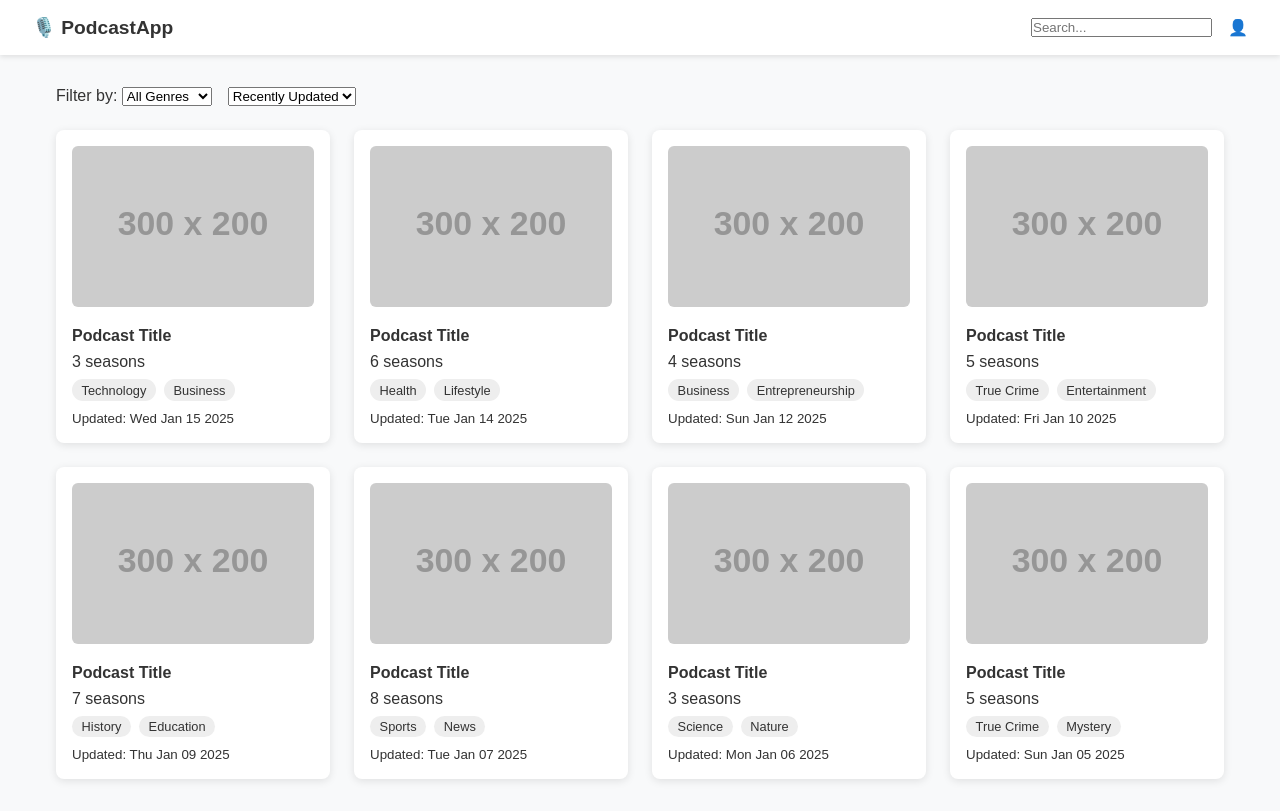
Repository: andajonas/ANDJON25111_fto2505_A_Anda-Jonas_DJS01
Page: index.html
The author's editor kept a copy of each file at every save. The page is drawn from the files as they stood at one save, then again after the next save.
The browser window is 1280 px wide. The pictures show the whole page.

Above is the page before, as saved 2025-09-03 18:21:13.

### index.html
<!DOCTYPE html>
<html lang="en">
<head>
  <meta charset="UTF-8">
  <title>PodcastApp</title>
  <link rel="stylesheet" href="styles.css">
</head>
<body>
  <header class="navbar">
    <div class="logo">🎙️ PodcastApp</div>
    <div class="search-profile">
      <input type="text" placeholder="Search...">
      <div class="profile">👤</div>
    </div>
  </header>

  <main class="container">
    <!-- Filters -->
    <div class="filters">
      <label>Filter by:
        <select id="genreFilter">
          <option value="all">All Genres</option>
          <option value="Technology">Technology</option>
          <option value="Business">Business</option>
          <option value="Comedy">Comedy</option>
          <option value="History">History</option>
        </select>
      </label>
      <select id="sortFilter">
        <option value="recent">Recently Updated</option>
        <option value="seasons">Most Seasons</option>
      </select>
    </div>

    <!-- Podcast Grid -->
    <div id="podcastGrid" class="grid"></div>
  </main>

  <!-- Modal -->
  <div id="podcastModal" class="modal hidden">
    <div class="modal-content">
      <span class="close">&times;</span>
      <div id="modalBody"></div>
    </div>
  </div>

  <script src="app.js"></script>
</body>
</html>

### styles.css
* {
    box-sizing: border-box;
    margin: 0;
    padding: 0;
    font-family: Arial, sans-serif;
  }

  body {
    background: #f8f9fa;
    color: #333;
  }

  .navbar {
    display: flex;
    justify-content: space-between;
    align-items: center;
    padding: 1rem 2rem;
    background: white;
    box-shadow: 0 2px 5px rgba(0,0,0,0.1);
  }

  .logo {
    font-weight: bold;
    font-size: 1.2rem;
  }

  .search-profile {
    display: flex;
    align-items: center;
    gap: 1rem;
  }

  .container {
    max-width: 1200px;
    margin: 2rem auto;
    padding: 0 1rem;
  }

  .filters {
    display: flex;
    gap: 1rem;
    margin-bottom: 1.5rem;
  }

  .grid {
    display: grid;
    grid-template-columns: repeat(auto-fill, minmax(250px, 1fr));
    gap: 1.5rem;
  }

  .card {
    background: white;
    padding: 1rem;
    border-radius: 8px;
    box-shadow: 0 2px 8px rgba(0,0,0,0.1);
    cursor: pointer;
    transition: transform 0.2s ease;
  }
  .card:hover {
    transform: translateY(-5px);
  }

  .card img {
    width: 100%;
    border-radius: 6px;
    margin-bottom: 1rem;
  }

  .card .title {
    font-weight: bold;
    margin-bottom: 0.5rem;
  }

  .tags {
    display: flex;
    gap: 0.5rem;
    flex-wrap: wrap;
    margin: 0.5rem 0;
  }

  .tag {
    background: #eee;
    padding: 0.2rem 0.6rem;
    border-radius: 12px;
    font-size: 0.8rem;
  }

  /* Modal */
  .modal {
    position: fixed;
    top: 0;
    left: 0;
    width: 100%;
    height: 100%;
    background: rgba(0,0,0,0.6);
    display: flex;
    justify-content: center;
    align-items: center;
    z-index: 1000;
  }

  .modal.hidden {
    display: none;
  }

  .modal-content {
    background: white;
    width: 600px;
    max-width: 95%;
    padding: 2rem;
    border-radius: 10px;
    position: relative;
  }

  .modal-content img {
    width: 200px;
    margin-bottom: 1rem;
  }

  .close {
    position: absolute;
    right: 1rem;
    top: 1rem;
    font-size: 1.5rem;
    cursor: pointer;
  }
  /* Modal Layout */
.modal-content {
    background: white;
    width: 700px;
    max-width: 95%;
    padding: 2rem;
    border-radius: 12px;
    position: relative;
    max-height: 90vh;
    overflow-y: auto;
  }

  .modal-header {
    display: flex;
    gap: 1.5rem;
    margin-bottom: 1.5rem;
  }

  .modal-header img {
    width: 180px;
    height: 180px;
    border-radius: 8px;
    object-fit: cover;
  }

  .modal-details h2 {
    margin-bottom: 0.8rem;
  }

  .modal-details p {
    margin-bottom: 1rem;
    line-height: 1.5;
  }

  .modal-details .tags {
    margin: 0.5rem 0 1rem 0;
  }

  .updated {
    display: flex;
    align-items: center;
    gap: 0.5rem;
    font-size: 0.9rem;
    color: #555;
  }

  /* Seasons list */
  .seasons {
    margin-top: 2rem;
  }

  .season-item {
    border: 1px solid #ddd;
    border-radius: 8px;
    padding: 1rem;
    margin-bottom: 1rem;
    display: flex;
    justify-content: space-between;
    align-items: center;
  }

  .season-info {
    flex: 1;
  }

  .season-info h4 {
    margin-bottom: 0.4rem;
  }

  .season-episodes {
    font-size: 0.9rem;
    color: #666;
  }

### app.js
const podcasts = [
    {
      title: "Podcast Title",
      seasons: 3,
      genres: ["Technology", "Business"],
      updated: "2025-01-15",
      cover: "https://via.placeholder.com/300x200",
      description: "Join us every week as we dive into the latest technology trends, innovations, and industry insights. From artificial intelligence and machine learning to startup culture and digital transformation, we explore the forces shaping our digital future. Each episode features expert interviews, case studies, and actionable insights for professionals and enthusiasts alike.",
      seasonList: [
        { name: "Season 1: Getting Started", desc: "Introduction to the fundamentals", episodes: 12 },
        { name: "Season 2: Advanced Topics", desc: "Deep dives into complex subjects", episodes: 15 },
        { name: "Season 1: Industry Insights", desc: "Expert perspectives and case studies", episodes: 18 },
        { name: "Season 1: Future Trends", desc: "What's coming next in tech", episodes: 20 },
      ]
    },
    {
      title: "Podcast Title",
      seasons: 5,
      genres: ["True Crime", "Entertainment"],
      updated: "2025-01-10",
      cover: "https://via.placeholder.com/300x200",
      description: "Laugh with comedians from around the world.",
      seasonList: [
        { name: "Season 1: Fun Times", desc: "Best jokes", episodes: 10 },
        { name: "Season 2: More Laughs", desc: "Comedy specials", episodes: 8 }
      ]
    },
    {
      title: "Podcast Title",
      seasons: 4,
      genres: ["Business", "Entrepreneurship"],
      updated: "2025-01-12",
      cover: "https://via.placeholder.com/300x200",
      description: "Interviews and insights from successful entrepreneurs.",
      seasonList: [
        { name: "Season 1: Startups", desc: "New ventures", episodes: 14 },
        { name: "Season 2: Scaling", desc: "Growth strategies", episodes: 16 }
      ]
    },
    {
      title: "Podcast Title",
      seasons: 5,
      genres: ["True Crime", "Mystery"],
      updated: "2025-01-05",
      cover: "https://via.placeholder.com/300x200",
      description: "Unsolved mysteries and chilling true crime stories.",
      seasonList: [
        { name: "Season 1: Cold Cases", desc: "Unresolved crimes", episodes: 12 },
        { name: "Season 2: Criminal Minds", desc: "Profiles and stories", episodes: 13 }
      ]
    },
    {
      title: "Podcast Title",
      seasons: 6,
      genres: ["Health", "Lifestyle"],
      updated: "2025-01-14",
      cover: "https://via.placeholder.com/300x200",
      description: "Tips and discussions on wellness, fitness, and healthy eating.",
      seasonList: [
        { name: "Season 1: Nutrition", desc: "Eating right", episodes: 10 },
        { name: "Season 2: Fitness", desc: "Exercise routines", episodes: 12 }
      ]
    },
    {
      title:"Podcast Title",
      seasons: 7,
      genres: ["History", "Education"],
      updated: "2025-01-09",
      cover: "https://via.placeholder.com/300x200",
      description: "Exploring fascinating stories from history.",
      seasonList: [
        { name: "Season 1: Ancient Times", desc: "Civilizations", episodes: 11 },
        { name: "Season 2: Modern History", desc: "World events", episodes: 14 }
      ]
    },
    {
      title: "Podcast Title",
      seasons: 8,
      genres: ["Sports", "News"],
      updated: "2025-01-07",
      cover: "https://via.placeholder.com/300x200",
      description: "Weekly sports analysis, interviews, and news updates.",
      seasonList: [
        { name: "Season 1: Football", desc: "Game highlights", episodes: 20 },
        { name: "Season 2: Global Sports", desc: "Around the world", episodes: 18 }
      ]
    },
    {
      title: "Podcast Title",
      seasons: 3,
      genres: ["Science", "Nature"],
      updated: "2025-01-06",
      cover: "https://via.placeholder.com/300x200",
      description: "Conversations about the environment, animals, and natural wonders.",
      seasonList: [
        { name: "Season 1: Wildlife", desc: "Animal world", episodes: 12 },
        { name: "Season 2: Oceans", desc: "Life underwater", episodes: 10 }
      ]
    }
  ];

  // Elements
  const grid = document.getElementById("podcastGrid");
  const modal = document.getElementById("podcastModal");
  const modalBody = document.getElementById("modalBody");
  const closeBtn = document.querySelector(".close");
  const genreFilter = document.getElementById("genreFilter");
  const sortFilter = document.getElementById("sortFilter");

  // Render podcast cards
  function renderGrid(list) {
    grid.innerHTML = "";
    list.forEach(p => {
      const card = document.createElement("div");
      card.className = "card";
      card.innerHTML = `
        <img src="${p.cover}" alt="cover">
        <div class="title">${p.title}</div>
        <div>${p.seasons} seasons</div>
        <div class="tags">${p.genres.map(g => `<span class="tag">${g}</span>`).join("")}</div>
        <small>Updated: ${new Date(p.updated).toDateString()}</small>
      `;
      card.onclick = () => openModal(p);
      grid.appendChild(card);
    });
  }

  function openModal(p) {
    modal.classList.remove("hidden");
    modalBody.innerHTML = `
      <div class="modal-header">
        <img src="${p.cover}" alt="cover">
        <div class="modal-details">
          <h2>${p.title}</h2>
          <p>${p.description}</p>
          <div class="tags">${p.genres.map(g => `<span class="tag">${g}</span>`).join("")}</div>
          <div class="updated">📅 Last updated: ${new Date(p.updated).toDateString()}</div>
        </div>
      </div>

      <div class="seasons">
        <h3>Seasons</h3>
        ${p.seasonList.map(s => `
          <div class="season-item">
            <div class="season-info">
              <h4>${s.name}</h4>
              <p>${s.desc}</p>
            </div>
            <div class="season-episodes">${s.episodes} episodes</div>
          </div>
        `).join("")}
      </div>
    `;
  }


  // Close modal
  closeBtn.onclick = () => modal.classList.add("hidden");
  modal.onclick = e => { if (e.target === modal) modal.classList.add("hidden"); };

  // Filters
  function applyFilters() {
    let filtered = [...podcasts];
    const genre = genreFilter.value;
    const sort = sortFilter.value;

    if (genre !== "all") {
      filtered = filtered.filter(p => p.genres.includes(genre));
    }

    if (sort === "recent") {
      filtered.sort((a, b) => new Date(b.updated) - new Date(a.updated));
    } else if (sort === "seasons") {
      filtered.sort((a, b) => b.seasons - a.seasons);
    }

    renderGrid(filtered);
  }

  genreFilter.onchange = applyFilters;
  sortFilter.onchange = applyFilters;

  // Init
  applyFilters();

After the next save:
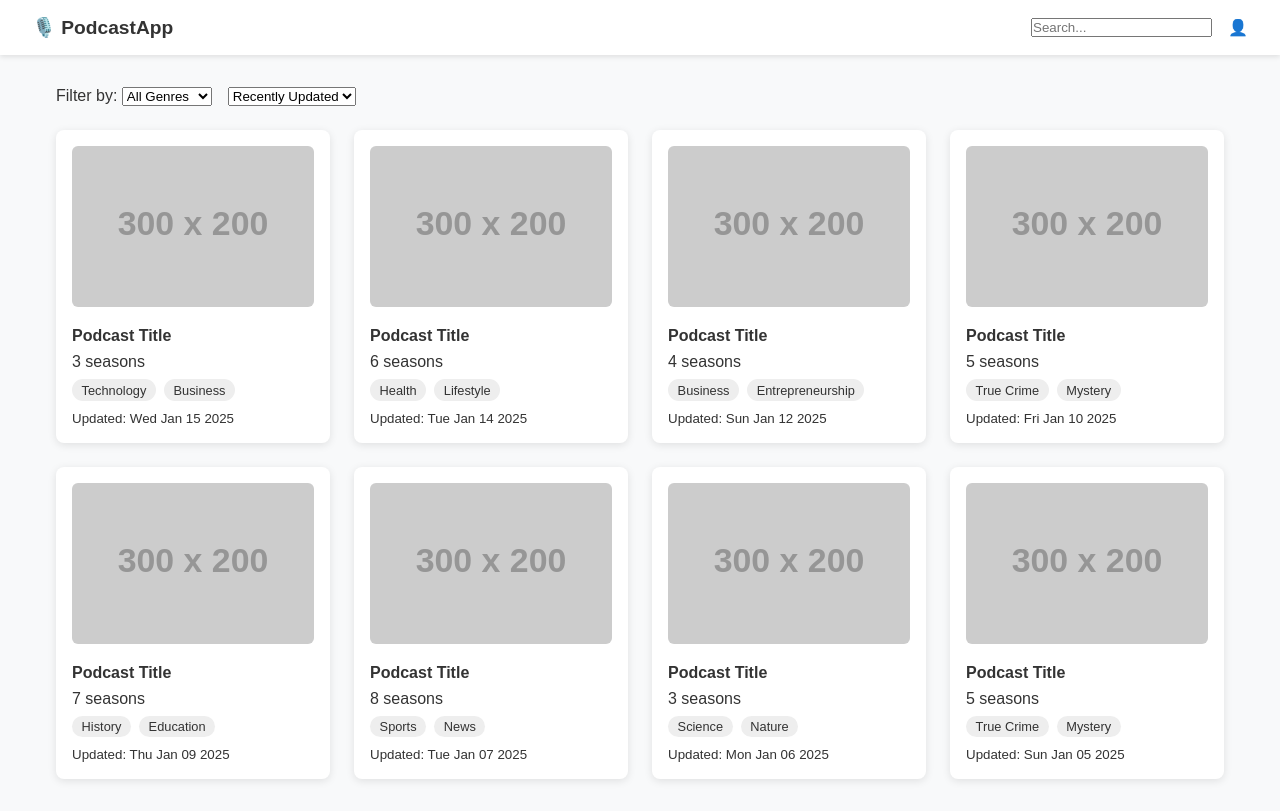
Saved 10 s later.
--- a/app.js
+++ b/app.js
@@ -16,7 +16,7 @@ const podcasts = [
     {
       title: "Podcast Title",
       seasons: 5,
-      genres: ["True Crime", "Entertainment"],
+      genres: ["True Crime", "Mystery"],
       updated: "2025-01-10",
       cover: "https://via.placeholder.com/300x200",
       description: "Laugh with comedians from around the world.",
